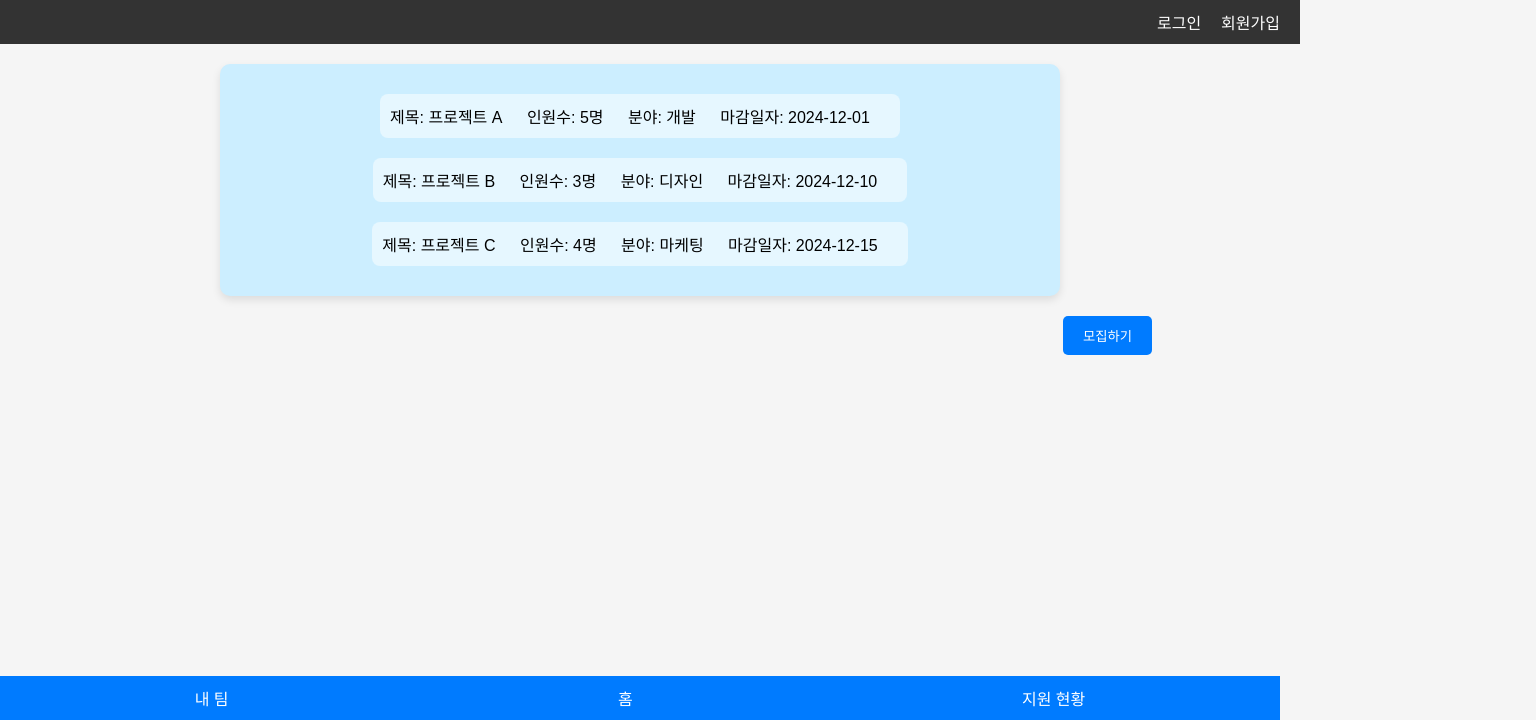
Repository: TUK-WEBSERIVCE/tuk-team-gem
Page: tuk-team-gem/src/main/webapp/main/mainPage.html
An editor plug-in stored every save of this project. The page is shown before and after the next save, followed by the edit.
The browser window is 1280 px wide. The page is 1408 px wide, then 1536 px, so the pictures cover 1536 px, including what lies to the right of the window. The pictures show the whole page.

Above is the page before, as saved 2024-11-13 12:16:18.

After the next save:
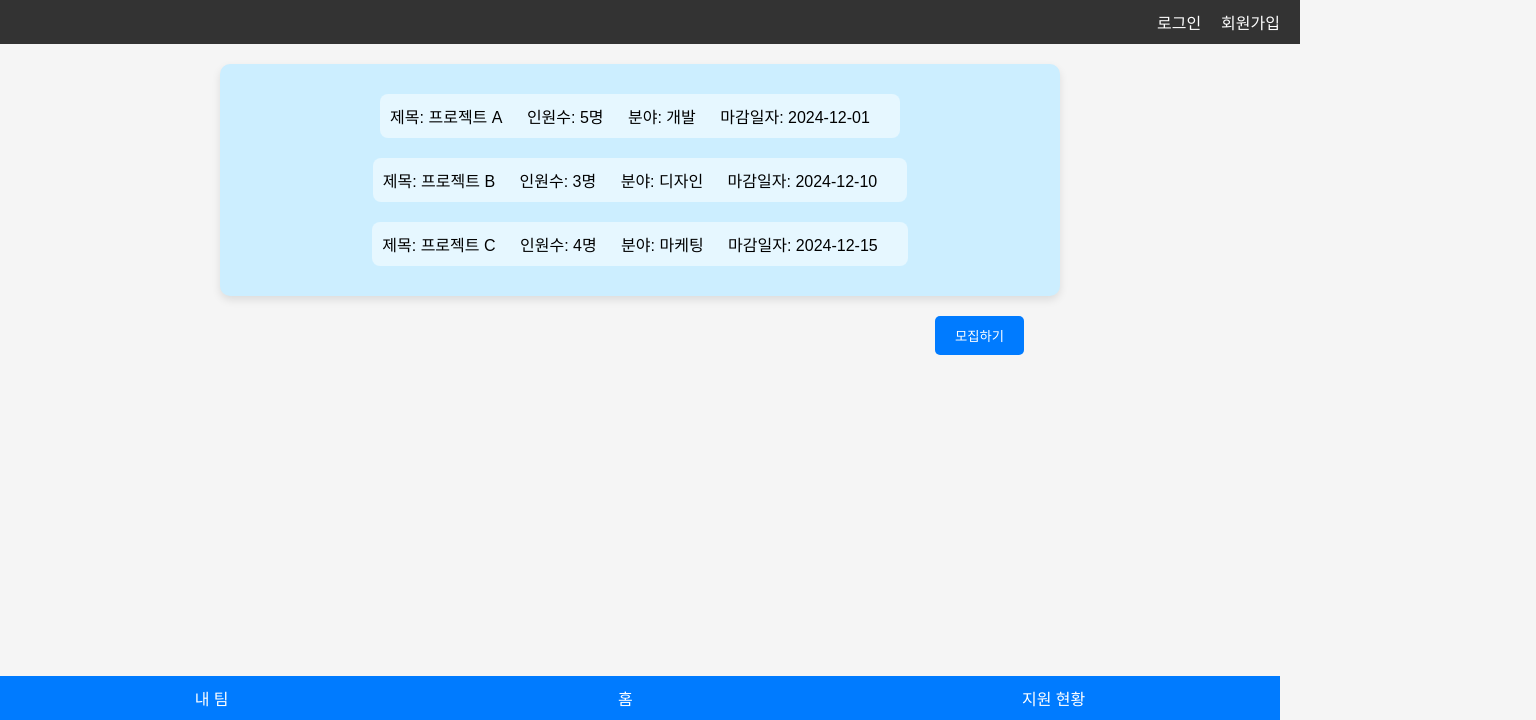
Saved 6 s later.
--- a/tuk-team-gem/src/main/webapp/main/mainPage.html
+++ b/tuk-team-gem/src/main/webapp/main/mainPage.html
@@ -58,7 +58,7 @@
     		display: flex;
     		justify-content: flex-end; /* 오른쪽으로 정렬 */
 		    margin-bottom: 20px;
-		    padding-right: 20%; /* 오른쪽 여백 */
+		    padding-right: 40%; /* 오른쪽 여백 */
         }
         .button-container button {
             padding: 10px 20px;
